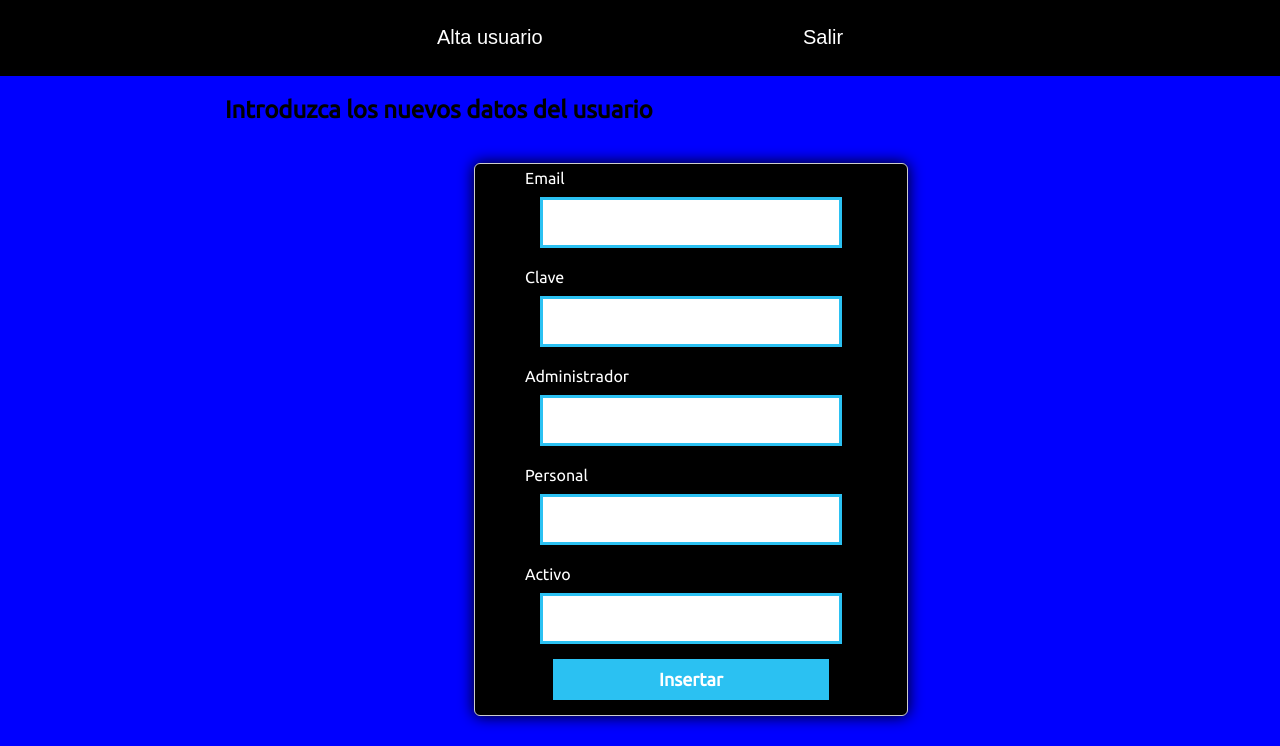
Repository: Mariangeles94/practica_gestion_usuarios
Page: http://localhost/Gestion/administrador/viewinsert.php
The author's editor kept a record of every edit. The page is drawn from the files as they stood at one moment, then again after the next edit.
The browser window is 1280 px wide. The pictures show the whole page.
The page is run by PHP 8.4 with error messages shown; the project is at /var/www/html/.

Above is the page before.

After the next edit:
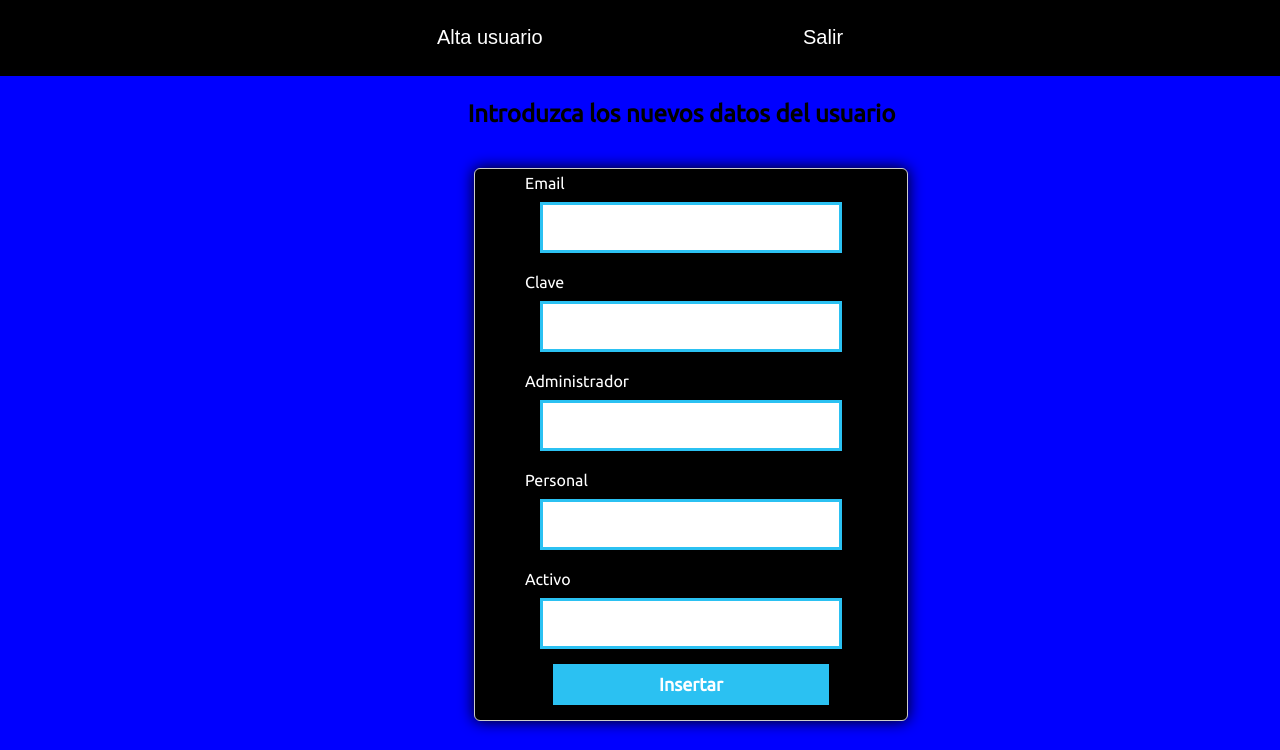
The edit:
--- a/css/style2.css
+++ b/css/style2.css
@@ -205,8 +205,11 @@
     float:left;
 }
 
-#main h1{
-    margin-top:40px;
+#main h2{
+    margin-top:3%;
+    text-align:center;
+    margin-left:25%;
+    margin-right:15%;
 }
 
 hr{
